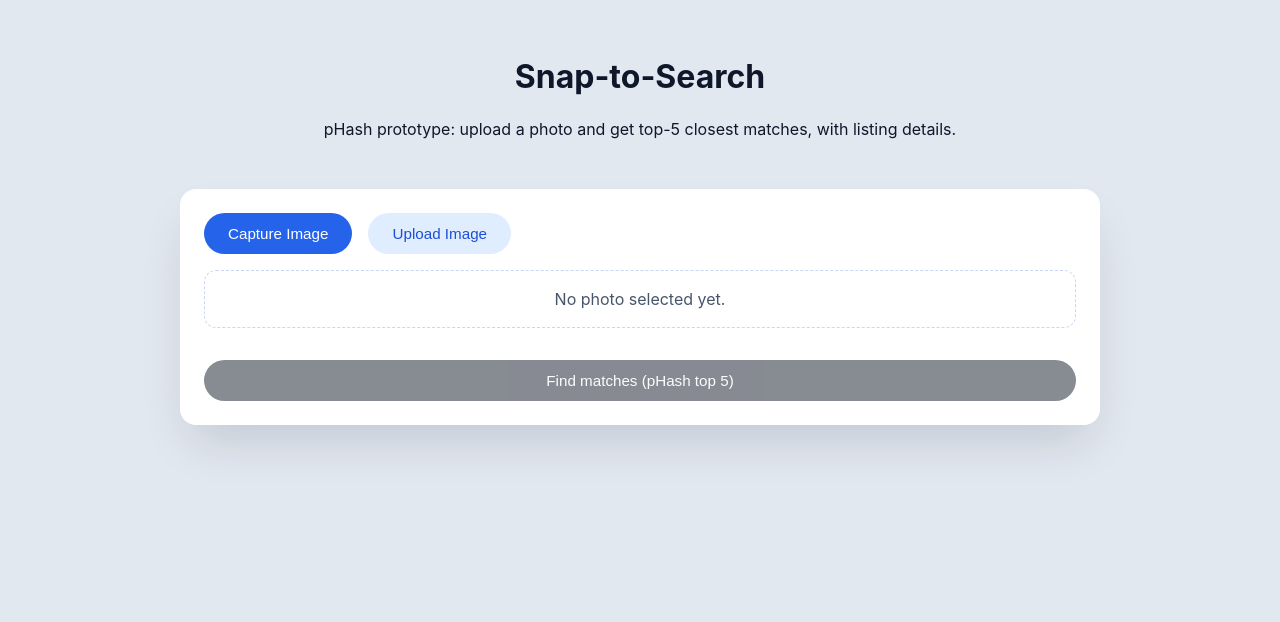
Repository: DeepthiD1/snap-to-search
Page: / (app in frontend/)
An editor plug-in stored every save of this project. The page is shown before and after the next save, followed by the edit.
The browser window is 1280 px wide. The pictures show the whole page.
The page's requests for data from a server got no answer. The project was rebuilt for these pictures with package versions that can differ from the ones it lists, and the page was loaded fresh each time. No one was signed in, and anything a server would have sent is missing. Also part of the build but not shown: frontend/vite.config.ts.

Above is the page before, as saved 2026-01-07 10:38:06.

### frontend/src/index.css
* {
  box-sizing: border-box;
}

body {
  margin: 0;
  min-height: 100vh;
  background: #e2e8f0;
}

a {
  color: inherit;
}

img {
  display: block;
  max-width: 100%;
}

### frontend/src/App.tsx
import { useEffect, useRef, useState } from 'react';
import './App.css';

const API_BASE_URL = import.meta.env.VITE_API_BASE ?? 'http://localhost:4000';

type ListingSummary = {
  listingId: string;
  addressLine?: string;
  city?: string;
  state?: string;
  zip?: string;
  price?: number | null;
  beds?: number | null;
  baths?: number | null;
  sqft?: number | null;
  listingUrl?: string | null;
};

type PHashMatch = {
  listingId: string;
  filename: string;
  hash: string;
  distance: number;
  previewImageUrl: string; // backend returns absolute now
  details: ListingSummary | null;
};

type PHashResponse = {
  queryHash: string;
  top: PHashMatch[];
  error?: string;
};

interface UiState {
  loading: boolean;
  error?: string;
  info?: string;
}

function fmtMoney(n?: number | null) {
  if (typeof n !== 'number') return '—';
  return n.toLocaleString(undefined, { style: 'currency', currency: 'USD', maximumFractionDigits: 0 });
}

function fmtNum(n?: number | null) {
  if (typeof n !== 'number') return '—';
  return n.toLocaleString();
}

function App() {
  const uploadInputRef = useRef<HTMLInputElement>(null);
  const captureInputRef = useRef<HTMLInputElement>(null);

  const [selectedFile, setSelectedFile] = useState<File | null>(null);
  const [previewUrl, setPreviewUrl] = useState<string | null>(null);

  const [uiState, setUiState] = useState<UiState>({ loading: false });
  const [queryHash, setQueryHash] = useState<string | null>(null);
  const [top, setTop] = useState<PHashMatch[]>([]);

  useEffect(() => {
    return () => {
      if (previewUrl) URL.revokeObjectURL(previewUrl);
    };
  }, [previewUrl]);

  const resetResults = () => {
    setQueryHash(null);
    setTop([]);
  };

  const handleFileSelection = (file: File | null) => {
    resetResults();
    setUiState({ loading: false });

    if (!file) {
      if (previewUrl) URL.revokeObjectURL(previewUrl);
      setSelectedFile(null);
      setPreviewUrl(null);
      return;
    }

    setSelectedFile(file);
    const url = URL.createObjectURL(file);
    setPreviewUrl((prev) => {
      if (prev) URL.revokeObjectURL(prev);
      return url;
    });
  };

  const handlePHashTest = async () => {
    if (!selectedFile) return;

    resetResults();
    setUiState({ loading: true, info: 'Finding matches (pHash top 5)…' });

    try {
      const formData = new FormData();
      formData.append('photo', selectedFile, selectedFile.name || 'photo.jpg');

      const response = await fetch(`${API_BASE_URL}/api/phash-test`, {
        method: 'POST',
        body: formData,
      });

      const payload = (await response.json()) as PHashResponse;

      if (!response.ok) {
        throw new Error(payload.error ?? 'pHash request failed');
      }

      setQueryHash(payload.queryHash);
      setTop(payload.top ?? []);
      setUiState({ loading: false, info: payload.top?.length ? undefined : 'No matches found.' });
    } catch (err) {
      setUiState({ loading: false, error: (err as Error).message });
    }
  };

  const ready = Boolean(selectedFile && !uiState.loading);

  return (
    <main className="app-shell">
      <header>
        <h1>Snap-to-Search</h1>
        <p>pHash prototype: upload a photo and get top-5 closest matches, with listing details.</p>
      </header>

      <section className="capture-panel">
        <div className="button-row">
          <button type="button" onClick={() => captureInputRef.current?.click()} className="primary">
            Capture Image
          </button>
          <button type="button" onClick={() => uploadInputRef.current?.click()} className="secondary">
            Upload Image
          </button>
        </div>

        <input
          ref={captureInputRef}
          type="file"
          accept="image/*"
          capture="environment"
          hidden
          onChange={(e) => handleFileSelection(e.target.files?.[0] ?? null)}
        />
        <input
          ref={uploadInputRef}
          type="file"
          accept="image/*"
          hidden
          onChange={(e) => handleFileSelection(e.target.files?.[0] ?? null)}
        />

        {previewUrl ? (
          <div className="preview-card">
            <img src={previewUrl} alt="Selected" />
            <div>
              <strong>Selected photo</strong>
              <p>{selectedFile?.name ?? 'Captured photo'}</p>
              <button type="button" className="text" onClick={() => handleFileSelection(null)}>
                Remove photo
              </button>
            </div>
          </div>
        ) : (
          <p className="placeholder">No photo selected yet.</p>
        )}

        <button type="button" className="cta" disabled={!ready} onClick={handlePHashTest}>
          {uiState.loading ? 'Searching…' : 'Find matches (pHash top 5)'}
        </button>

        {uiState.error && <p className="error">{uiState.error}</p>}
        {uiState.info && <p className="info">{uiState.info}</p>}
      </section>

      {top.length > 0 && (
        <section className="results-panel">
          <div className="results-header">
            <div>
              <h2>Top matches</h2>
              {queryHash && <p>Query hash: {queryHash}</p>}
            </div>
          </div>

          <div className="matches-grid">
            {top.map((m) => {
              const d = m.details;
              const title =
                d?.addressLine
                  ? `${d.addressLine}${d.city ? `, ${d.city}` : ''}${d.state ? ` ${d.state}` : ''}${d.zip ? ` ${d.zip}` : ''}`
                  : `Listing ${m.listingId}`;

              return (
                <article key={m.listingId} className="match-card">
                  <img src={m.previewImageUrl} alt={title} />
                  <div className="match-body">
                    <h3>{title}</h3>

                    <p>pHash distance: <strong>{m.distance}</strong></p>

                    <p>Price: <strong>{fmtMoney(d?.price ?? null)}</strong></p>
                    <p>
                      Beds/Baths: <strong>{d?.beds ?? '—'}</strong> / <strong>{d?.baths ?? '—'}</strong>
                    </p>
                    <p>Sqft: <strong>{fmtNum(d?.sqft ?? null)}</strong></p>

                    {d?.listingUrl ? (
                      <a className="primary ghost" href={d.listingUrl} target="_blank" rel="noreferrer">
                        View listing
                      </a>
                    ) : (
                      <button type="button" className="primary ghost" disabled>
                        View listing
                      </button>
                    )}
                  </div>
                </article>
              );
            })}
          </div>
        </section>
      )}
    </main>
  );
}

export default App;

### frontend/src/App.css
:root {
  font-family: 'Inter', system-ui, -apple-system, BlinkMacSystemFont, 'Segoe UI', sans-serif;
  line-height: 1.5;
  color: #0f172a;
  background-color: #f4f6fb;
}

#root {
  max-width: 960px;
  margin: 0 auto;
  padding: 2rem 1.25rem 4rem;
}

main.app-shell {
  display: flex;
  flex-direction: column;
  gap: 2rem;
}

header {
  text-align: center;
}

header h1 {
  margin-bottom: 0.25rem;
}

.capture-panel,
.results-panel {
  background: #ffffff;
  border-radius: 16px;
  padding: 1.5rem;
  box-shadow: 0 25px 50px -12px rgba(15, 23, 42, 0.16);
}

.button-row {
  display: flex;
  gap: 1rem;
  flex-wrap: wrap;
}

button {
  border: none;
  border-radius: 999px;
  padding: 0.75rem 1.5rem;
  font-size: 0.95rem;
  cursor: pointer;
  transition: transform 0.15s ease, opacity 0.15s ease;
}

button:disabled {
  opacity: 0.5;
  cursor: not-allowed;
}

button.primary {
  background: #2563eb;
  color: #ffffff;
}

button.secondary {
  background: #e0edff;
  color: #1d4ed8;
}

button.tertiary {
  background: transparent;
  color: #1e293b;
  border: 1px dashed rgba(15, 23, 42, 0.2);
}

button.cta {
  width: 100%;
  margin-top: 1rem;
  background: #111827;
  color: #f8fafc;
}

button.primary.ghost {
  background: transparent;
  color: #1d4ed8;
  border: 1px solid #bfdbfe;
}

button.text {
  padding: 0;
  background: none;
  color: #2563eb;
}

.preview-card {
  margin-top: 1rem;
  display: flex;
  gap: 1rem;
  align-items: center;
  border: 1px solid #e2e8f0;
  border-radius: 12px;
  padding: 0.75rem;
}

.preview-card img {
  width: 96px;
  height: 96px;
  object-fit: cover;
  border-radius: 8px;
}

.placeholder {
  margin-top: 1rem;
  padding: 1rem;
  border: 1px dashed #cbd5f5;
  border-radius: 12px;
  text-align: center;
  color: #475569;
}

.location-panel {
  margin-top: 1.25rem;
  display: flex;
  justify-content: space-between;
  gap: 1rem;
  border: 1px solid #e2e8f0;
  border-radius: 12px;
  padding: 1rem;
}

.location-sources {
  margin-top: 0.5rem;
  font-size: 0.9rem;
  color: #475569;
  display: flex;
  flex-direction: column;
  gap: 0.2rem;
}

.location-sources p {
  margin: 0;
  display: flex;
  justify-content: space-between;
  gap: 0.75rem;
}

.location-sources span:first-child {
  font-weight: 600;
}

.error {
  color: #b91c1c;
  margin-top: 0.75rem;
}

.info {
  color: #0f766e;
  margin-top: 0.5rem;
}

.hint {
  margin: 0.75rem 0 0;
  font-size: 0.9rem;
  color: #94a3b8;
}

.results-header {
  display: flex;
  justify-content: space-between;
  align-items: center;
  gap: 1rem;
}

.matches-grid {
  margin-top: 1.5rem;
  display: grid;
  gap: 1.25rem;
}

.match-card {
  border: 1px solid #e2e8f0;
  border-radius: 14px;
  overflow: hidden;
  display: flex;
  flex-direction: column;
  background: #f8fafc;
}

.match-card img {
  width: 100%;
  height: 180px;
  object-fit: cover;
}

.match-body {
  padding: 1rem;
  display: flex;
  flex-direction: column;
  gap: 0.5rem;
}

.match-body ul {
  margin: 0;
  padding-left: 1.25rem;
  color: #475569;
}

.status-pill {
  text-transform: uppercase;
  font-size: 0.8rem;
  border-radius: 999px;
  padding: 0.2rem 0.75rem;
  background: #ecfeff;
  color: #0e7490;
}

.results-actions {
  margin-top: 1.5rem;
  display: flex;
  gap: 1rem;
  flex-wrap: wrap;
}

@media (min-width: 700px) {
  .matches-grid {
    grid-template-columns: repeat(2, 1fr);
  }
}

Loaded but not shown: frontend/index.html (common file); frontend/src/main.tsx (common file)

After the next save:
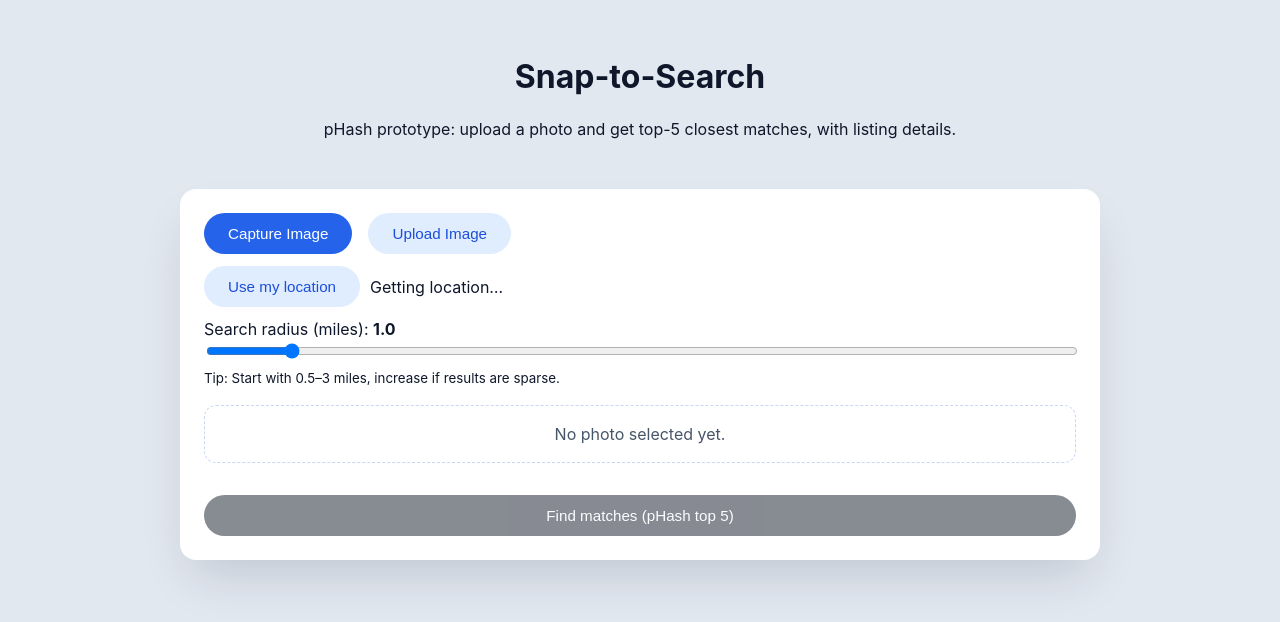
Saved 29 min 12 s later.
--- a/frontend/src/App.tsx
+++ b/frontend/src/App.tsx
@@ -37,6 +37,13 @@ interface UiState {
   info?: string;
 }
 
+type GeoState =
+  | { status: 'idle' | 'loading' }
+  | { status: 'ready'; latitude: number; longitude: number; accuracyMeters?: number }
+  | { status: 'denied' | 'error'; message: string };
+
+const clamp = (v: number, min: number, max: number) => Math.max(min, Math.min(max, v));
+
 function fmtMoney(n?: number | null) {
   if (typeof n !== 'number') return '—';
   return n.toLocaleString(undefined, { style: 'currency', currency: 'USD', maximumFractionDigits: 0 });
@@ -57,6 +64,56 @@ function App() {
   const [uiState, setUiState] = useState<UiState>({ loading: false });
   const [queryHash, setQueryHash] = useState<string | null>(null);
   const [top, setTop] = useState<PHashMatch[]>([]);
+
+  // Geo
+  const [geo, setGeo] = useState<GeoState>({ status: 'idle' });
+  const [radiusMiles, setRadiusMiles] = useState<number>(1);
+
+  const requestLocation = () => {
+    if (!('geolocation' in navigator)) {
+      setGeo({ status: 'error', message: 'Geolocation not supported in this browser.' });
+      return;
+    }
+
+    setGeo({ status: 'loading' });
+
+    navigator.geolocation.getCurrentPosition(
+      (pos) => {
+        const { latitude, longitude, accuracy } = pos.coords;
+
+        setGeo({
+          status: 'ready',
+          latitude,
+          longitude,
+          accuracyMeters: typeof accuracy === 'number' ? accuracy : undefined,
+        });
+
+        // Optional: set a reasonable default radius based on accuracy, clamped
+        if (typeof accuracy === 'number' && accuracy > 0) {
+          const miles = accuracy / 1609.34;
+          setRadiusMiles((prev) => (prev ? prev : clamp(miles, 0.1, 10)));
+        }
+      },
+      (err) => {
+        if (err.code === err.PERMISSION_DENIED) {
+          setGeo({ status: 'denied', message: 'Location permission denied.' });
+        } else {
+          setGeo({ status: 'error', message: err.message || 'Failed to get location.' });
+        }
+      },
+      { enableHighAccuracy: true, timeout: 15000, maximumAge: 30000 }
+    );
+  };
+
+  useEffect(() => {
+    // Auto-request location on load (optional; remove if you want it manual only)
+    requestLocation();
+
+    return () => {
+      if (previewUrl) URL.revokeObjectURL(previewUrl);
+    };
+    // eslint-disable-next-line react-hooks/exhaustive-deps
+  }, []);
 
   useEffect(() => {
     return () => {
@@ -97,6 +154,16 @@ function App() {
     try {
       const formData = new FormData();
       formData.append('photo', selectedFile, selectedFile.name || 'photo.jpg');
+
+      // Attach geo fields if available (backend can use these to build MLSSearch candidate pool)
+      if (geo.status === 'ready') {
+        formData.append('latitude', String(geo.latitude));
+        formData.append('longitude', String(geo.longitude));
+        formData.append('radiusMiles', String(radiusMiles));
+        if (typeof geo.accuracyMeters === 'number') {
+          formData.append('accuracyMeters', String(geo.accuracyMeters));
+        }
+      }
 
       const response = await fetch(`${API_BASE_URL}/api/phash-test`, {
         method: 'POST',
@@ -152,6 +219,40 @@ function App() {
           onChange={(e) => handleFileSelection(e.target.files?.[0] ?? null)}
         />
 
+        {/* Location UI */}
+        <div style={{ marginTop: 12 }}>
+          <div style={{ display: 'flex', gap: 10, alignItems: 'center', flexWrap: 'wrap' }}>
+            <button type="button" onClick={requestLocation} className="secondary">
+              Use my location
+            </button>
+
+            {geo.status === 'loading' && <span>Getting location…</span>}
+            {geo.status === 'ready' && (
+              <span>
+                ✅ Location ready: {geo.latitude.toFixed(5)}, {geo.longitude.toFixed(5)}
+                {typeof geo.accuracyMeters === 'number' ? ` (±${Math.round(geo.accuracyMeters)}m)` : ''}
+              </span>
+            )}
+            {(geo.status === 'denied' || geo.status === 'error') && <span>⚠️ {geo.message}</span>}
+          </div>
+
+          <div style={{ marginTop: 10 }}>
+            <label>
+              Search radius (miles): <b>{radiusMiles.toFixed(1)}</b>
+            </label>
+            <input
+              type="range"
+              min={0.1}
+              max={10}
+              step={0.1}
+              value={radiusMiles}
+              onChange={(e) => setRadiusMiles(Number(e.target.value))}
+              style={{ width: '100%' }}
+            />
+            <small>Tip: Start with 0.5–3 miles, increase if results are sparse.</small>
+          </div>
+        </div>
+
         {previewUrl ? (
           <div className="preview-card">
             <img src={previewUrl} alt="Selected" />
@@ -198,13 +299,19 @@ function App() {
                   <div className="match-body">
                     <h3>{title}</h3>
 
-                    <p>pHash distance: <strong>{m.distance}</strong></p>
-
-                    <p>Price: <strong>{fmtMoney(d?.price ?? null)}</strong></p>
+                    <p>
+                      pHash distance: <strong>{m.distance}</strong>
+                    </p>
+
+                    <p>
+                      Price: <strong>{fmtMoney(d?.price ?? null)}</strong>
+                    </p>
                     <p>
                       Beds/Baths: <strong>{d?.beds ?? '—'}</strong> / <strong>{d?.baths ?? '—'}</strong>
                     </p>
-                    <p>Sqft: <strong>{fmtNum(d?.sqft ?? null)}</strong></p>
+                    <p>
+                      Sqft: <strong>{fmtNum(d?.sqft ?? null)}</strong>
+                    </p>
 
                     {d?.listingUrl ? (
                       <a className="primary ghost" href={d.listingUrl} target="_blank" rel="noreferrer">
